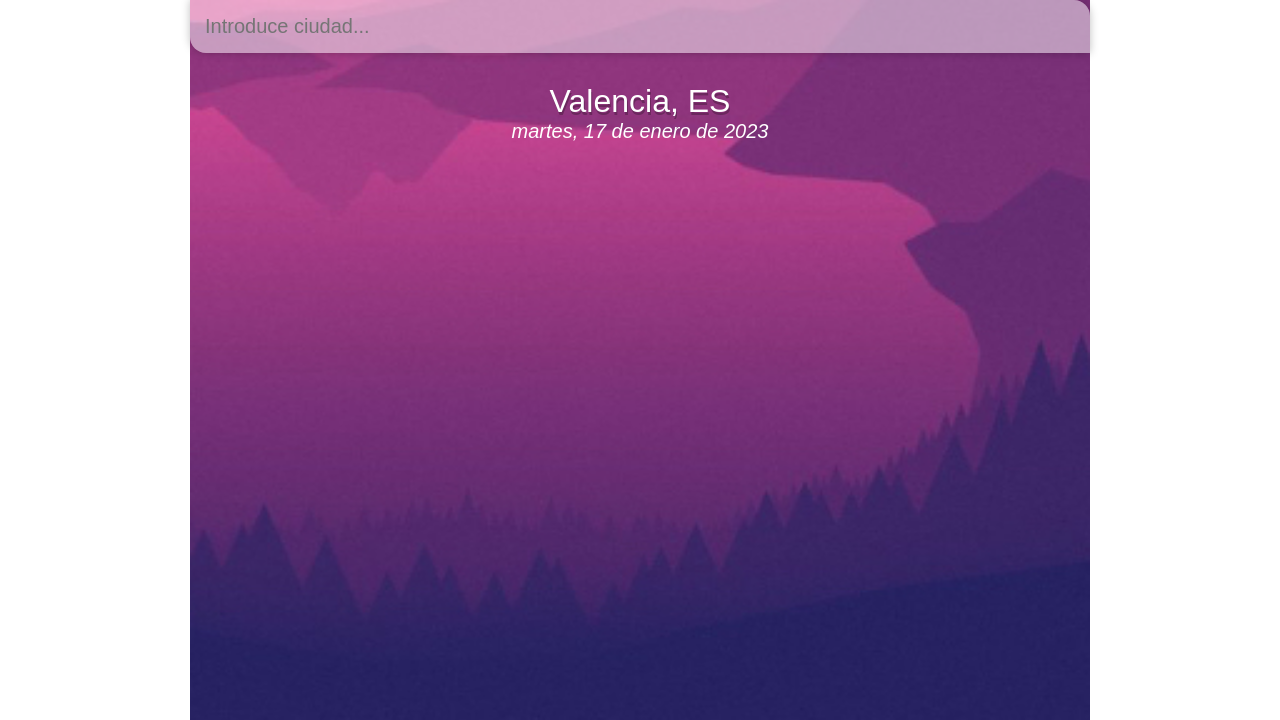
Repository: DaftyCode/weather-vue
Page: /
An editor plug-in stored every save of this project. The page is shown before and after the next save, followed by the edit.
The browser window is 1280 px wide. The pictures show the whole page.
The project was rebuilt for these pictures with package versions that can differ from the ones it lists, and the page was loaded fresh each time. Also part of the build but not shown: vite.config.js.

Above is the page before, as saved 2023-01-17 16:08:42.

### src/App.vue
<script>
  import { weatherApi, API_KEY, API_LANG } from './api/weather-api';

  export default {
    name: 'app',
    data() {
      return {
        query: '',
        weather: {},
      };
    },

    methods: {
      async fetchWeather() {
        const resp = await weatherApi.get(`?q=${this.query}&appid=${API_KEY}&lang=${API_LANG}`);
        this.weather = resp.data;
        console.log(resp);
      },

      dateBuilder() {
        let day = new Date();
        const options = { weekday: 'long', year: 'numeric', month: 'long', day: 'numeric' };

        return day.toLocaleDateString('es-ES', options);
      },
    },
  };
</script>

<template>
  <div class="main-container">
    <main>
      <div class="search-box">
        <input
          type="text"
          class="search-bar"
          placeholder="Introduce ciudad..."
          v-model="query"
          @keyup.enter="fetchWeather"
        />
      </div>

      <div class="weather-wrap">
        <div class="location-box">
          <div class="location">Valencia, ES</div>
          <div class="date">{{ dateBuilder() }}</div>
        </div>
      </div>
    </main>
  </div>
</template>

<style>
  body {
    display: flex;
    justify-content: center;
    font-family: 'montserrat', sans-serif;
    min-height: 100vh;
    margin: 0;
  }

  #app {
    width: 100%;
    max-width: 900px;
    margin: 0;
    padding: 0;
    font-weight: normal;
  }

  .main-container {
    width: 100%;
    height: 100%;
    background-image: url('./assets/warm-bg.jpg');
    background-size: cover;
    background-position: bottom;
  }

  .search-box {
    display: flex;
    width: 100%;
    margin-bottom: 30px;
  }

  .search-box .search-bar {
    display: flex;
    width: 100%;
    padding: 15px;

    color: #313131;
    font-size: 20px;
    appearance: none;
    border: none;
    outline: none;
    background: none;
    box-shadow: 0px 0px 8px rgba(0, 0, 0, 0.25);
    background-color: rgba(255, 255, 255, 0.5);
    border-radius: 0px 16px 0px 16px;
    transition: 0.4s;
  }

  .search-box .search-bar:focus {
    box-shadow: 0px 0px 16px rgba(0, 0, 0, 0.25);
    background-color: rgba(255, 255, 255, 0.75);
    border-radius: 16px 0px 16px 0px;
  }

  .location-box .location {
    color: #fff;
    font-size: 32px;
    font-weight: 500;
    text-align: center;
    text-shadow: 1px 3px rgba(0, 0, 0, 0.25);
  }

  .location-box .date {
    color: #fff;
    font-size: 20px;
    font-weight: 300;
    font-style: italic;
    text-align: center;
  }
</style>

### src/api/weather-api.js
import axios from 'axios';

// https://api.openweathermap.org/data/2.5/weather?q={city name}&appid={API key}&lang={lang}

export const API_KEY = '02ffdb4f65cd1aa34f5916f397fd47a7';
export const API_LANG = 'es';

export const weatherApi = axios.create({
  baseURL: 'https://api.openweathermap.org/data/2.5/weather',
});

Loaded but not shown: index.html (common file); src/main.js (common file)

After the next save:
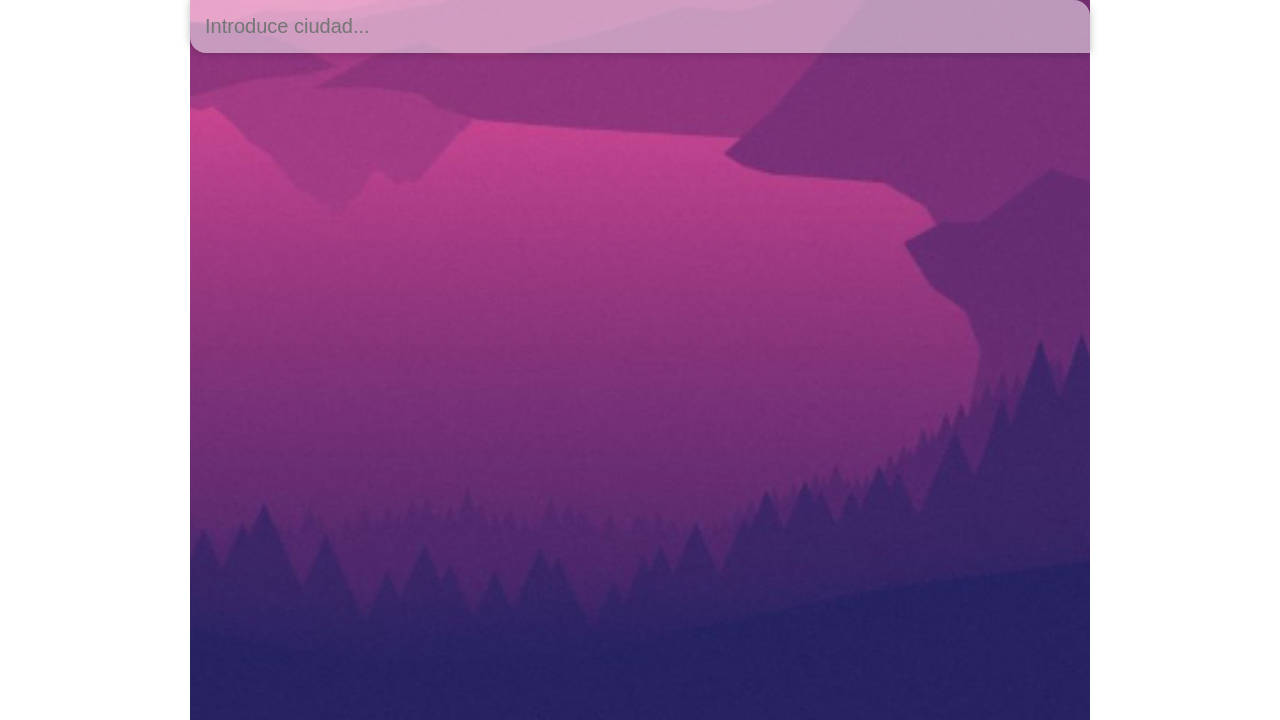
Saved 20 h 13 min later.
--- a/src/App.vue
+++ b/src/App.vue
@@ -12,9 +12,12 @@
 
     methods: {
       async fetchWeather() {
-        const resp = await weatherApi.get(`?q=${this.query}&appid=${API_KEY}&lang=${API_LANG}`);
-        this.weather = resp.data;
-        console.log(resp);
+        try {
+          const resp = await weatherApi.get(`?q=${this.query}&appid=${API_KEY}&lang=${API_LANG}`);
+          this.weather = resp.data;
+        } catch (error) {
+          console.error(error);
+        }
       },
 
       dateBuilder() {
@@ -40,9 +43,9 @@
         />
       </div>
 
-      <div class="weather-wrap">
+      <div class="weather-wrap" v-if="weather?.main">
         <div class="location-box">
-          <div class="location">Valencia, ES</div>
+          <div class="location">{{ weather.name }}</div>
           <div class="date">{{ dateBuilder() }}</div>
         </div>
       </div>
